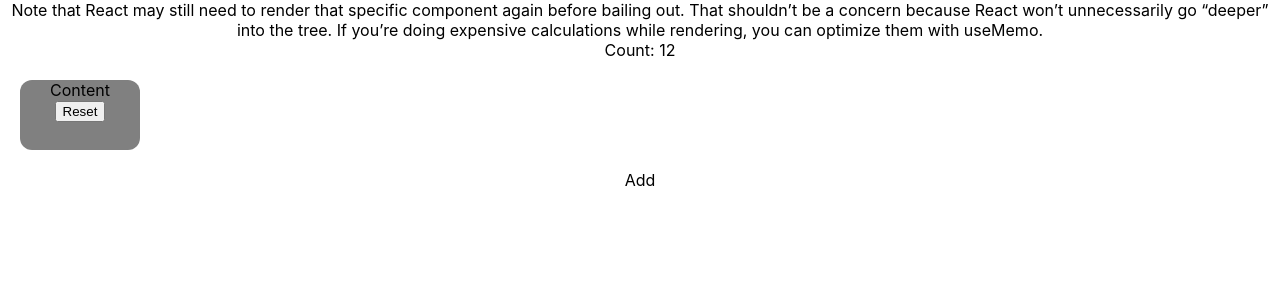
Repository: Farbod29/React-text-highlighter-with-hook-
Page: /
An editor plug-in stored every save of this project. The page is shown before and after the next save, followed by the edit.
The browser window is 1280 px wide. The pictures show the whole page.
The project was rebuilt for these pictures with package versions that can differ from the ones it lists, and the page was loaded fresh each time.

Above is the page before, as saved 2022-02-18 21:08:49.

### src/App.js
import './App.css';
import Highlighter from './highlighter';
function App() {
  return (
    <div className="App">
      <Highlighter />
    </div>
  );
}

export default App;

### src/highlighter.js
import React, { useEffect, useState } from 'react';

export default function Highlighter() {
  let doit = () => {
    document.onmouseup = () => {
      console.log(window.getSelection().toString());
    };
  };
  const [count, setCount] = useState(12);
  return (
    <>
      <div>
        {' '}
        Note that React may still need to render that specific component again
        before bailing out. That shouldn’t be a concern because React won’t
        unnecessarily go “deeper” into the tree. If you’re doing expensive
        calculations while rendering, you can optimize them with useMemo.
      </div>
      Count: {count}
      {/* <button onClick={() => setCount((prevCount) => prevCount - 1)}>-</button> */}
      <div style={{ position: 'relative' }}>
        <div
          style={{
            padding: '0px 10px',
            height: '70px',
            width: '100px',
            margin: '20px',
            borderRadius: '12px',
            backgroundColor: 'gray',
            inline: true,
            fontColor: 'red',
            textAlign: 'center',
          }}
        >
          Content
          <button onClick={() => setCount(12)}>Reset</button>
        </div>
        Add {doit()}
      </div>
    </>
  );
}

Loaded but not shown: public/index.html (common file); src/index.js (common file); src/index.css (common file); src/reportWebVitals.js (common file); src/App.css (common file)

After the next save:
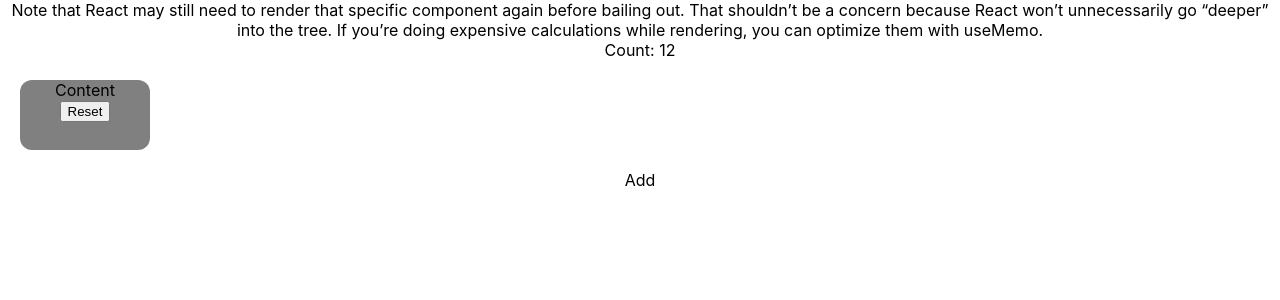
Saved 4 s later.
--- a/src/highlighter.js
+++ b/src/highlighter.js
@@ -23,7 +23,7 @@ export default function Highlighter() {
           style={{
             padding: '0px 10px',
             height: '70px',
-            width: '100px',
+            width: '110px',
             margin: '20px',
             borderRadius: '12px',
             backgroundColor: 'gray',
